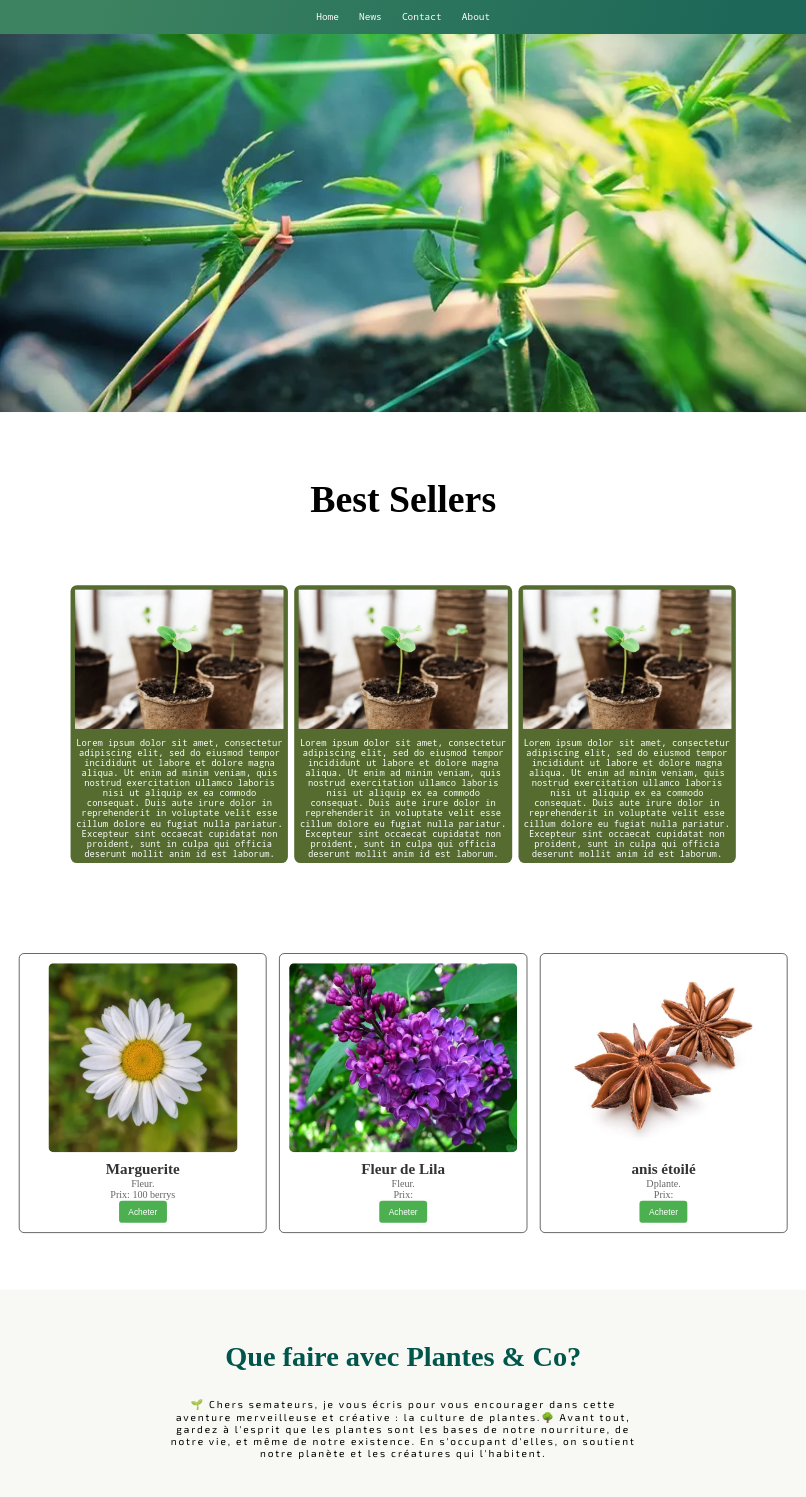
Repository: Flexo874/ISITECH-HTML-CSS
Page: index.html
The author's editor kept a copy of each file at every save. The page is drawn from the files as they stood at one save, then again after the next save.
The browser window is 1280 px wide. The pictures show the whole page, at 63% of full size.

Above is the page before, as saved 2024-01-03 10:02:29.

After the next save:
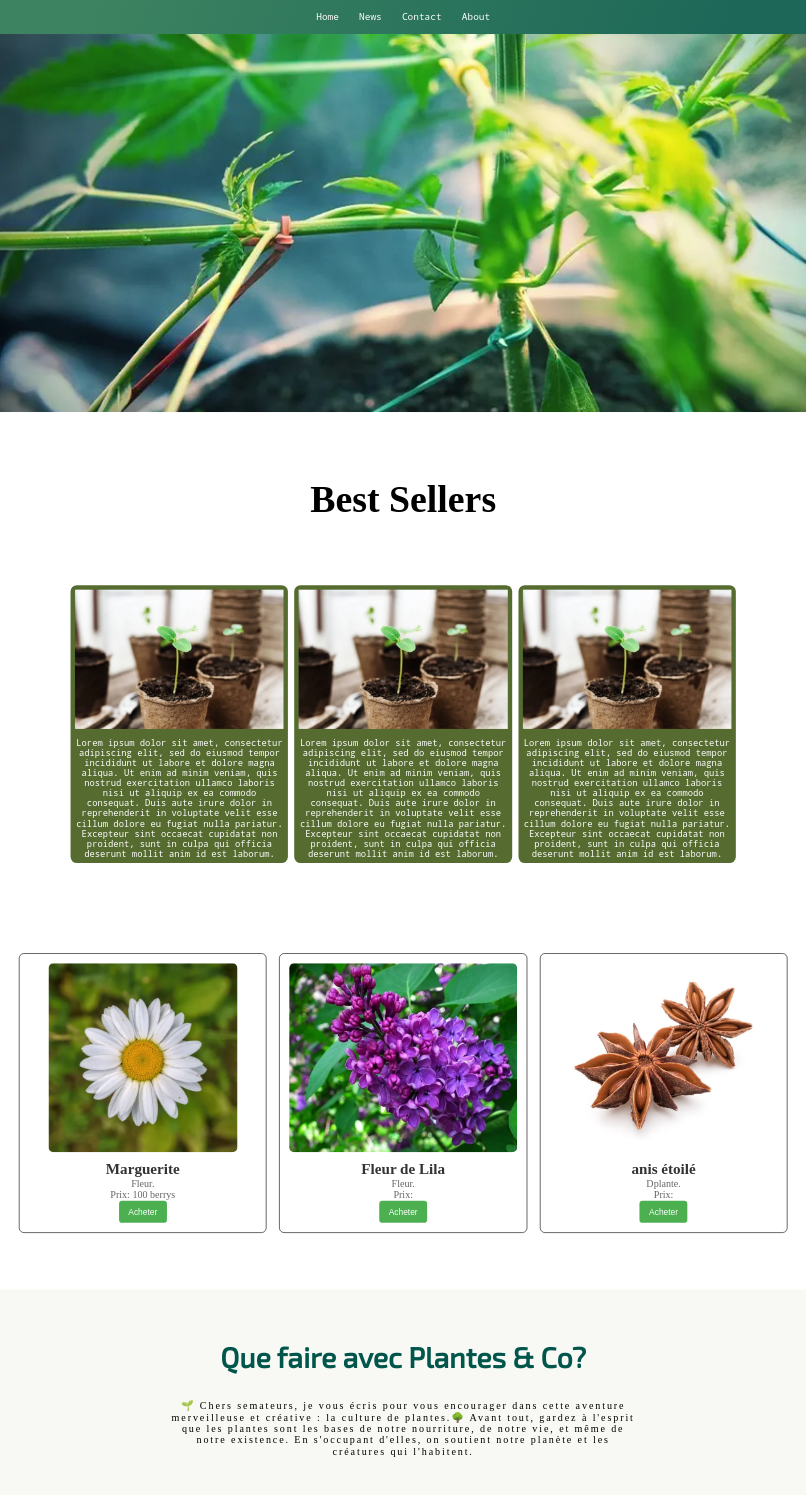
Saved 30 s later.
--- a/instructions.css
+++ b/instructions.css
@@ -12,6 +12,10 @@
   width: 100%;
 }
 
+.titre h2{
+    font-family: 'Exo 2', sans-serif;
+}
+
 .description{
     display: flex;
     margin: 40px;
@@ -22,5 +26,6 @@
 
 .description p{
     letter-spacing: 3px;
-    font-family: 'Exo 2', sans-serif;
+
+
 }
